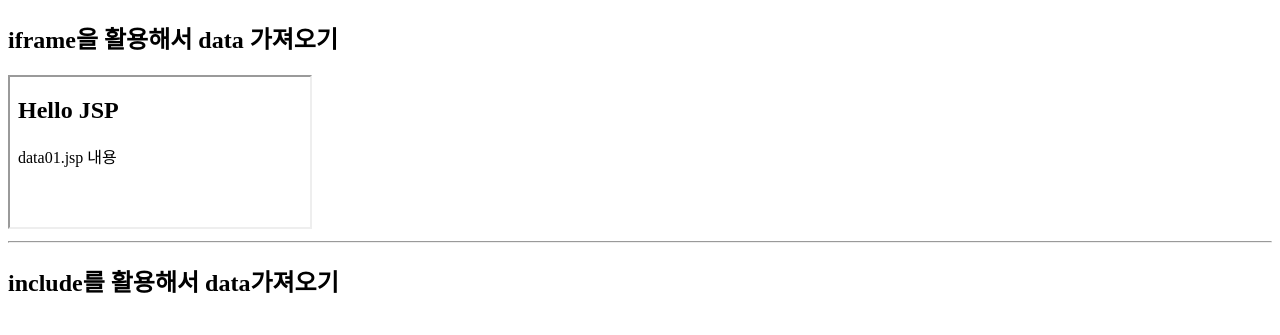
Repository: tjdwlsl/jspstudy
Page: http://localhost/JQuery_Ajax/02_ajax/ex03/ex01.jsp
These files come from the project's save history. The page is drawn as it stood at one moment and after the next save; the edit follows.
The browser window is 1280 px wide. The pictures show the whole page.
The page is served by Tomcat 9.

Above is the page before, as saved 2023-07-20 09:00:51.

After the next save:
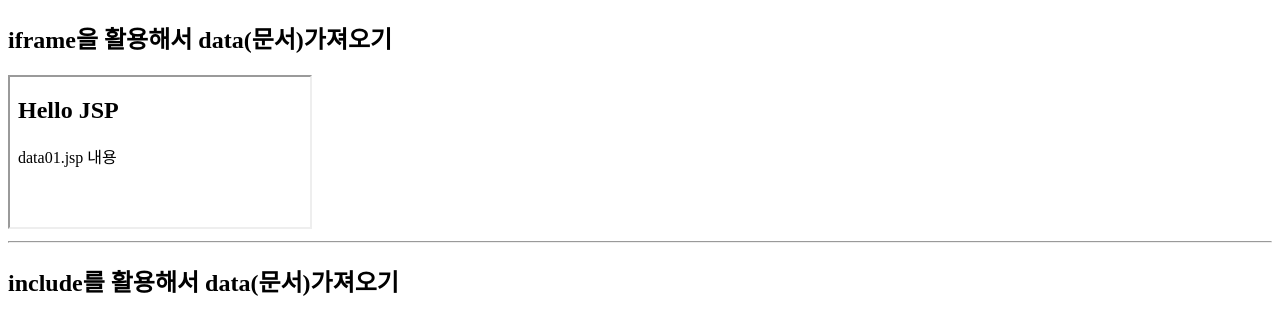
Saved 8 s later.
--- a/JQuery_Ajax/src/main/webapp/02_ajax/ex03/ex01.jsp
+++ b/JQuery_Ajax/src/main/webapp/02_ajax/ex03/ex01.jsp
@@ -21,13 +21,13 @@
 </head>
 <body>
 	<div>
-		<h2>iframe을 활용해서 data 가져오기</h2>
+		<h2>iframe을 활용해서 data(문서)가져오기</h2>
 		<iframe src="data01.jsp"></iframe>
 	</div>
 	<hr>
 
 	<div>
-		<h2>include를 활용해서 data가져오기</h2>
+		<h2>include를 활용해서 data(문서)가져오기</h2>
 	</div>
 
 </body>
